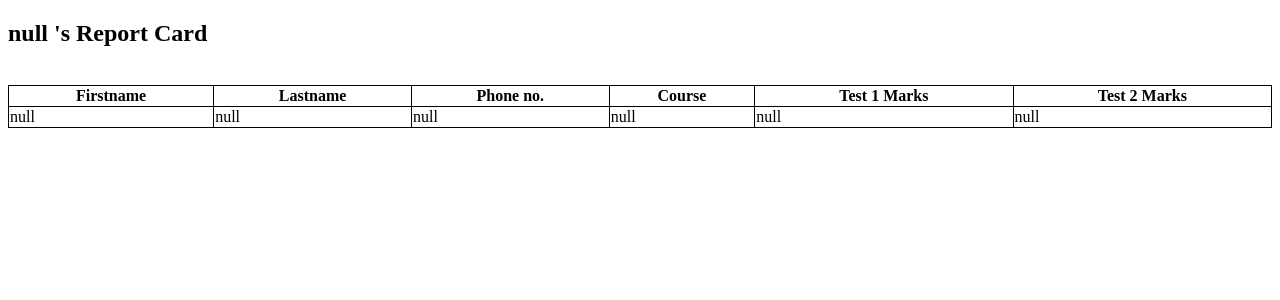
Repository: MriOj/OnlineExamPortal
Page: http://localhost/ExamPortal/reportcard.jsp
These files come from the project's save history. The page is drawn as it stood at one moment and after a run of saves; the edit follows.
The browser window is 1280 px wide. The pictures show the whole page.
The page is served by Tomcat 9. Other server files are loaded and not shown. The template is opened directly, without the code that normally fills it, so the values that code supplies are empty.

Above is the page before, as saved 2021-09-05 05:16:59.

### ExamPortal/src/main/webapp/reportcard.jsp
<%@ page language="java" contentType="text/html; charset=ISO-8859-1"
    pageEncoding="ISO-8859-1"%>
<!DOCTYPE html>
<html>
<head>
<meta name="viewport" content="width=device-width, initial-scale=1">
<style>
table, th, td {
  border: 1px solid black;
  border-collapse: collapse;
}

table.center {
  margin-left: auto;
  margin-right: auto;
}
table {
  width: 100%;
}
</style>
</head>
<body>

<h2><%{out.println(request.getAttribute("fname"));} %>'s Report Card</h2>

<table class="center">
 <tr>
    <th>Firstname</th>
    <th>Lastname</th>
    <th>Phone no.</th>
	<th>Course</th>
	<th>Test 1 Marks</th>
	<th>Test 2 Marks</th>
  </tr>
  <tr>
    <td><%{out.println(request.getAttribute("fname"));} %> </td>
    <td><%{out.println(request.getAttribute("lname"));} %> </td>
    <td><%{out.println(request.getAttribute("phone"));} %> </td>
	<td><%{out.println(request.getAttribute("course"));} %> </td>
	<td><%{out.println(request.getAttribute("t1m"));} %> </td>
	<td><%{out.println(request.getAttribute("t2m"));} %> </td>
  </tr>
</table>

</body>
</html>

After the next 2 saves:
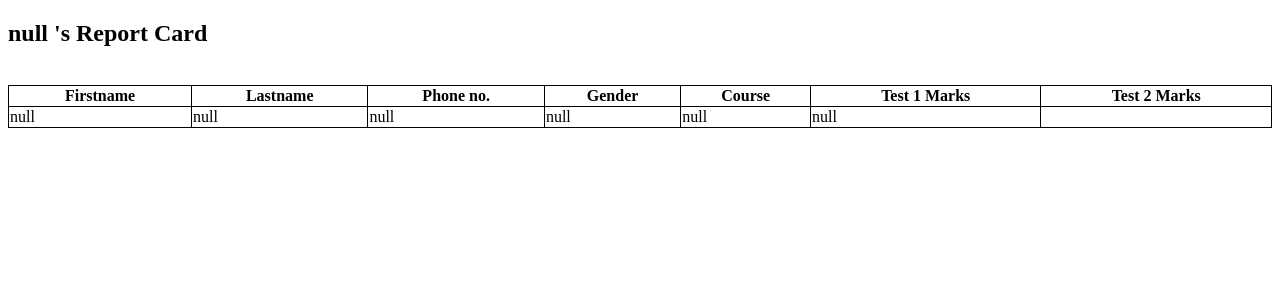
The 2 saves are shown as one change because they came seconds apart.
The last was saved 25 s later.
--- a/ExamPortal/src/main/webapp/reportcard.jsp
+++ b/ExamPortal/src/main/webapp/reportcard.jsp
@@ -28,6 +28,7 @@ table {
     <th>Firstname</th>
     <th>Lastname</th>
     <th>Phone no.</th>
+	<th>Gender</th>
 	<th>Course</th>
 	<th>Test 1 Marks</th>
 	<th>Test 2 Marks</th>
